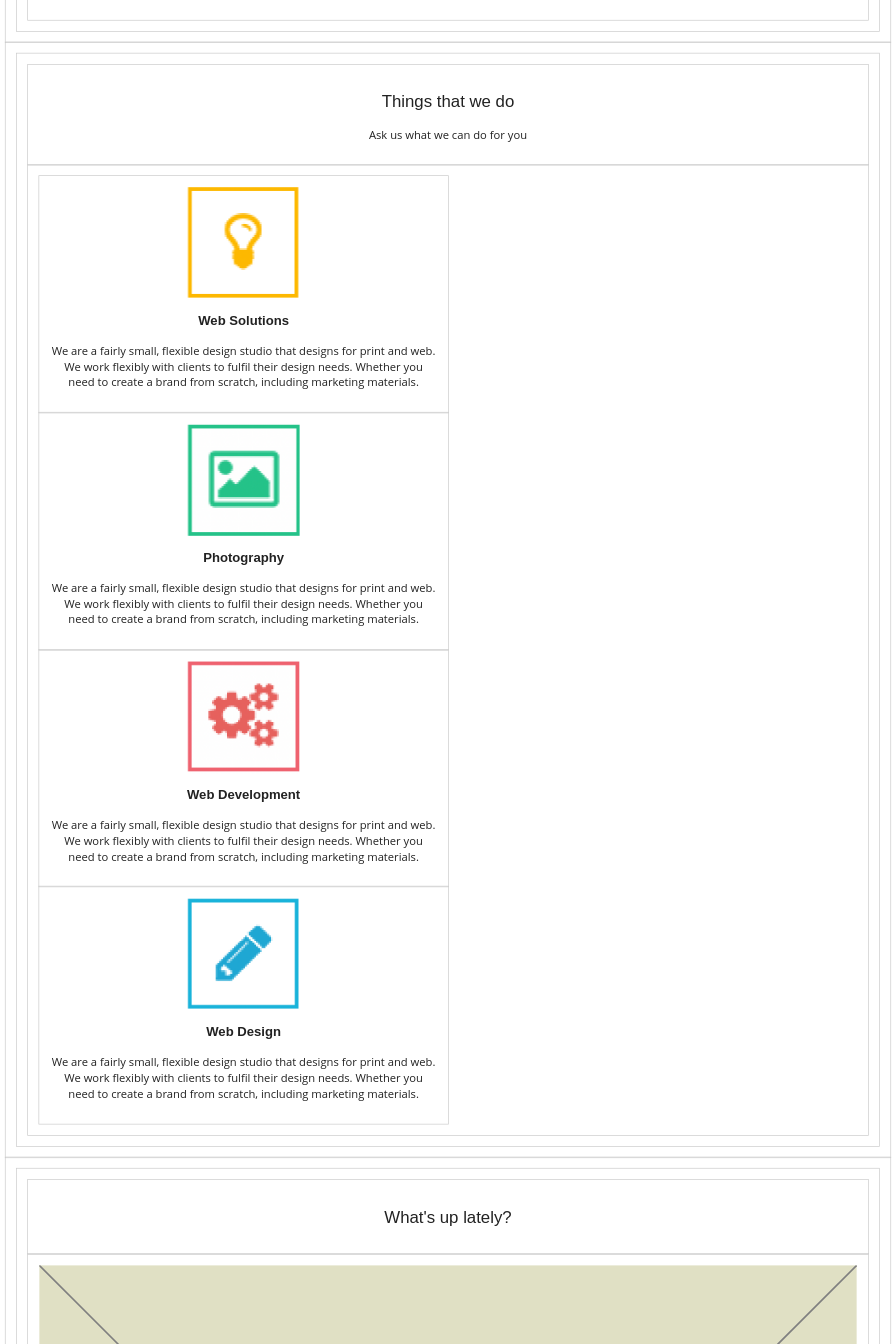
Repository: lpcmendoza/LAB02BF_Group9
Page: index.html
An editor plug-in stored every save of this project. The page is shown before and after the next save, followed by the edit.
The browser window is 1280 px wide. The pictures show the part of the page from y = 1679 to 3599 px (the page is 15864 px tall before and 15775 px after), at 70% of full size.

Above is the page before, as saved 2024-02-11 22:01:19.

After the next save:
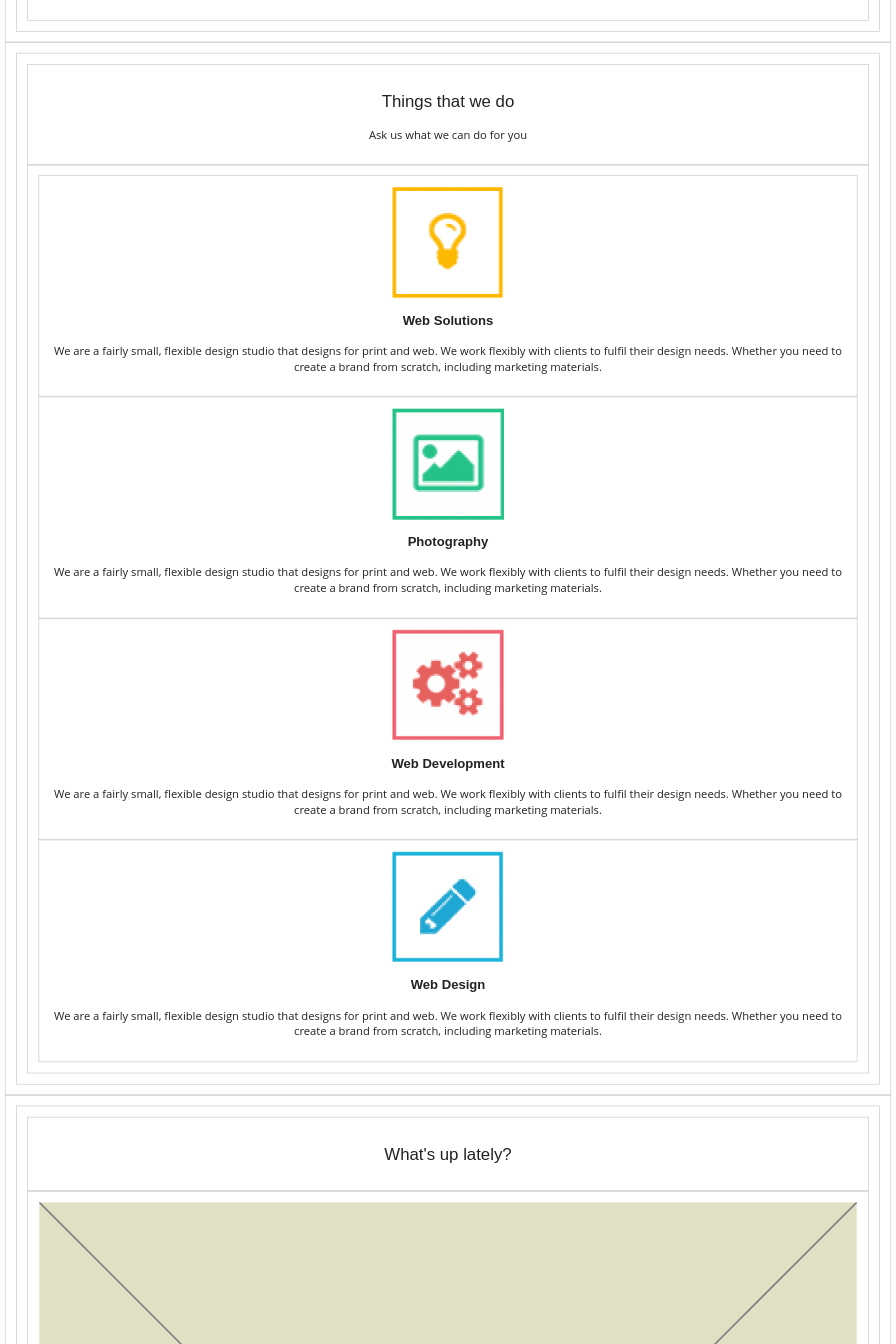
Saved 84 s later.
--- a/css/style.css
+++ b/css/style.css
@@ -240,12 +240,6 @@
     grid-template-columns: 1fr 1fr;
   }
 
-  .what-we-do-container-body {
-    width: 50%;
-    margin: auto;
-    display: inline-block;
-  }
-
   .icons {
     max-width: 10em;
     max-height: 10em;
